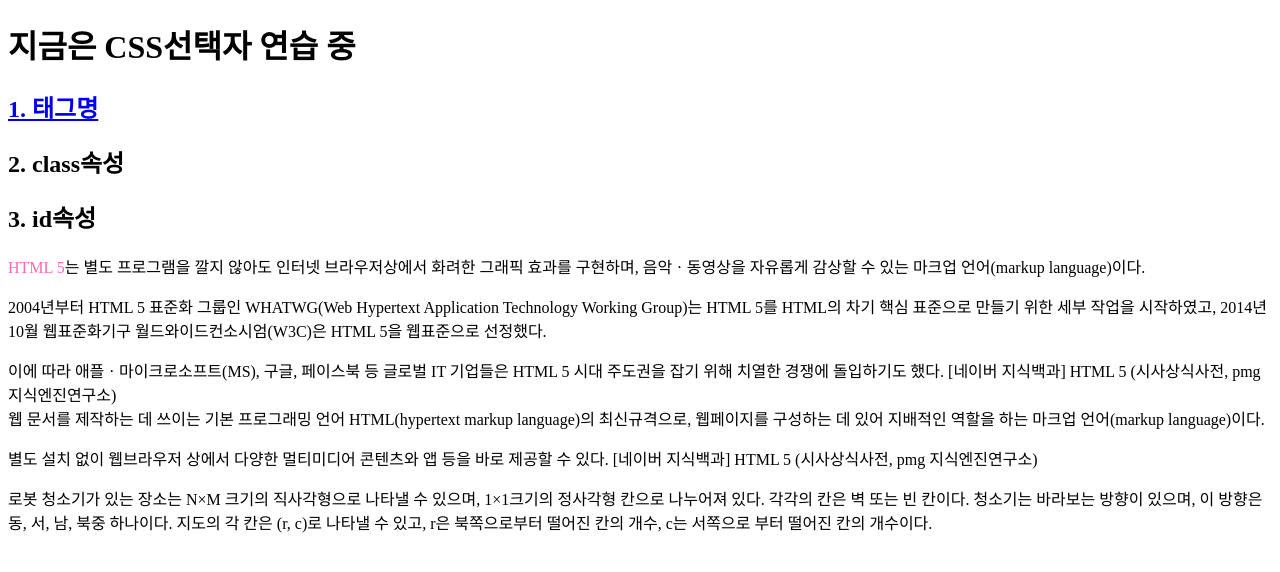
Repository: snowcuphea/webwork_class
Page: clientweb/WebContent/css/css_basic_test02.html
An editor plug-in stored every save of this project. The page is shown before and after the next save, followed by the edit.
The browser window is 1280 px wide. The pictures show the whole page.

Above is the page before, as saved 2020-01-03 01:27:30.

After the next save:
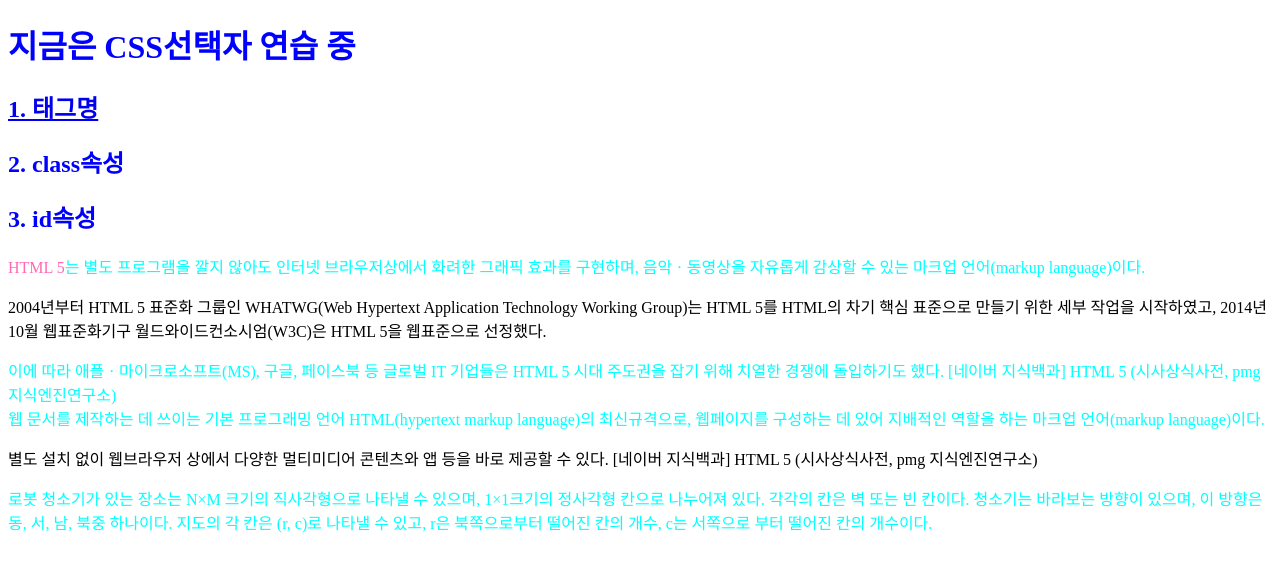
Saved 24 s later.
--- a/clientweb/WebContent/css/css_basic_test02.html
+++ b/clientweb/WebContent/css/css_basic_test02.html
@@ -8,6 +8,12 @@
 	div a {
 	color: hotpink;
 	text-decoration: none;
+	}
+	h1, h2{
+	color:blue;
+	}
+	div{
+	color:aqua;
 	}
 </style>
 </head>
